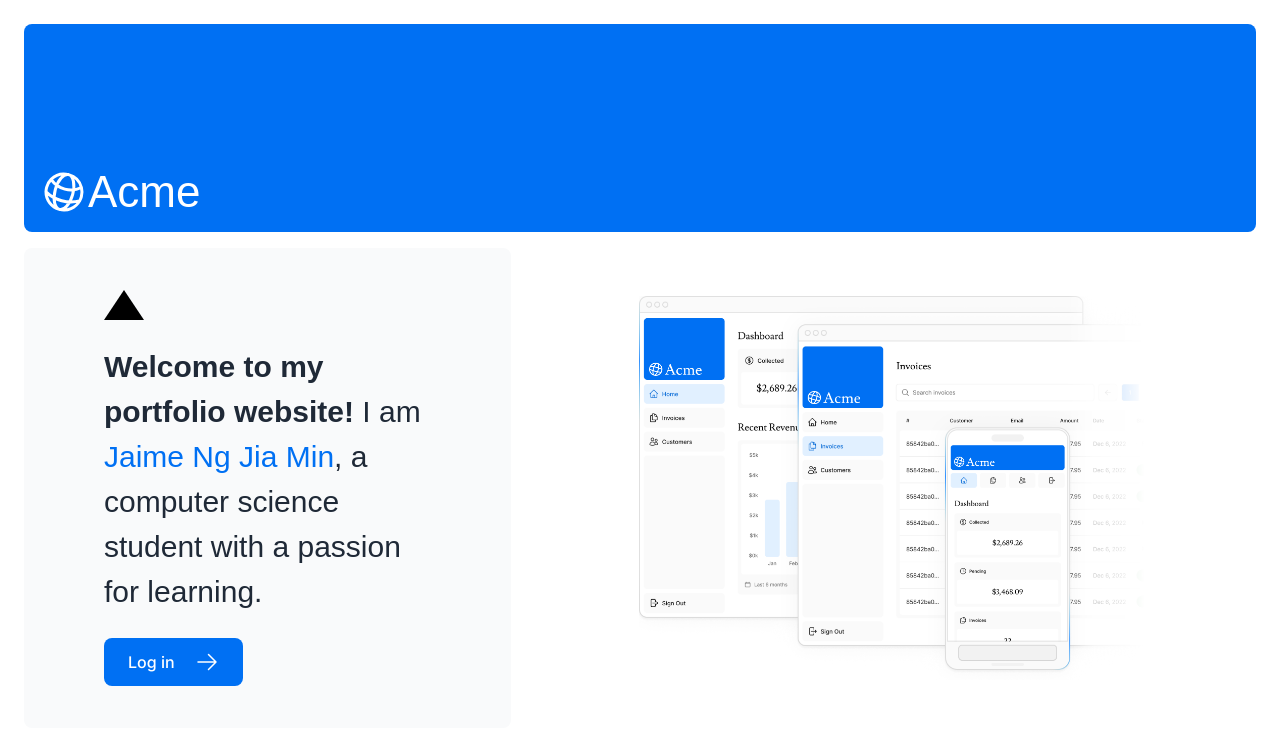
Repository: ThatGirlJam/jaime-portfolio
Page: /
The author's editor kept a copy of each file at every save. The page is drawn from the files as they stood at one save, then again after the next save.
The browser window is 1280 px wide. The pictures show the whole page.
Some web fonts or font styles are not loaded; a fallback is used. The project was rebuilt for these pictures with package versions that can differ from the ones it lists, and the page was loaded fresh each time. The framework's server and built-in components were replaced by stand-ins that run in the browser. Also part of the build but not shown: next.config.js.

Above is the page before, as saved 2024-04-09 21:12:18.

After the next save:
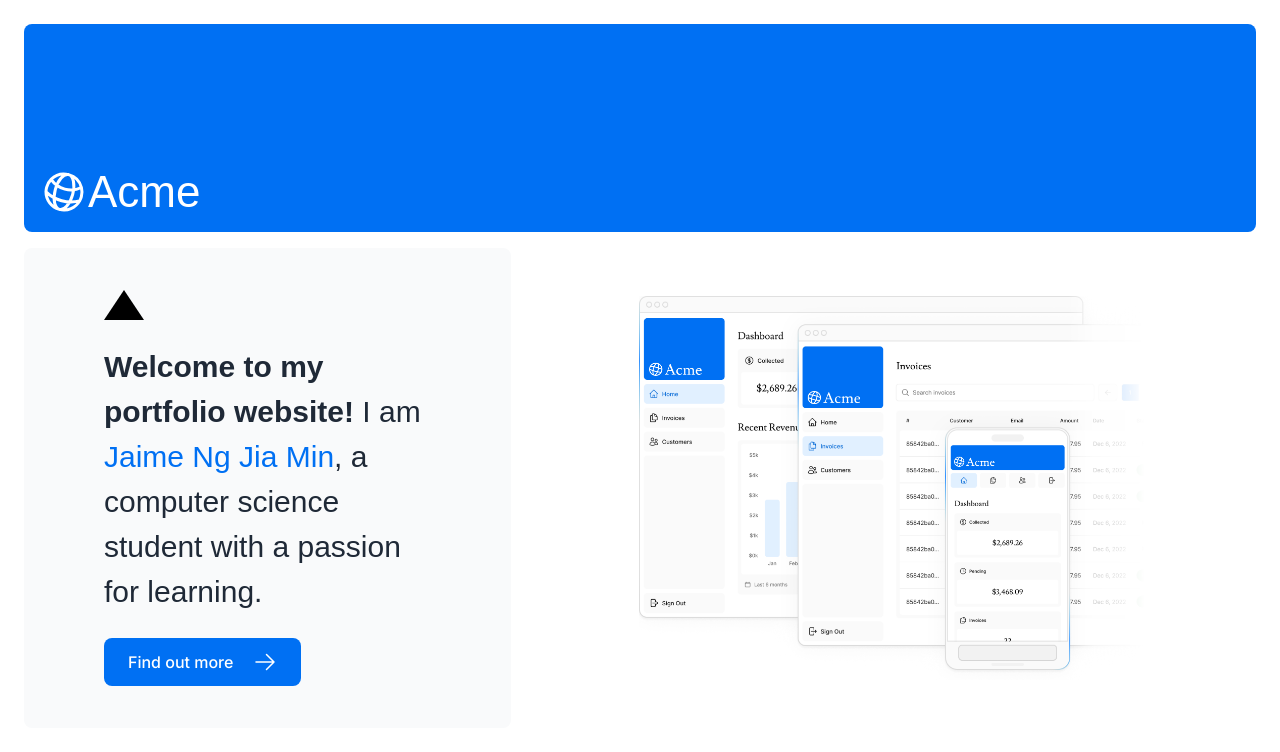
Saved 26 s later.
--- a/app/page.tsx
+++ b/app/page.tsx
@@ -30,7 +30,7 @@ export default function Page() {
             href="/dashboard"
             className="flex items-center gap-5 self-start rounded-lg bg-blue-500 px-6 py-3 text-sm font-medium text-white transition-colors hover:bg-blue-400 md:text-base"
           >
-            <span>Log in</span> <ArrowRightIcon className="w-5 md:w-6" />
+            <span>Find out more</span> <ArrowRightIcon className="w-5 md:w-6" />
           </Link>
         </div>
         <div className="flex items-center justify-center p-6 md:w-3/5 md:px-28 md:py-12">
